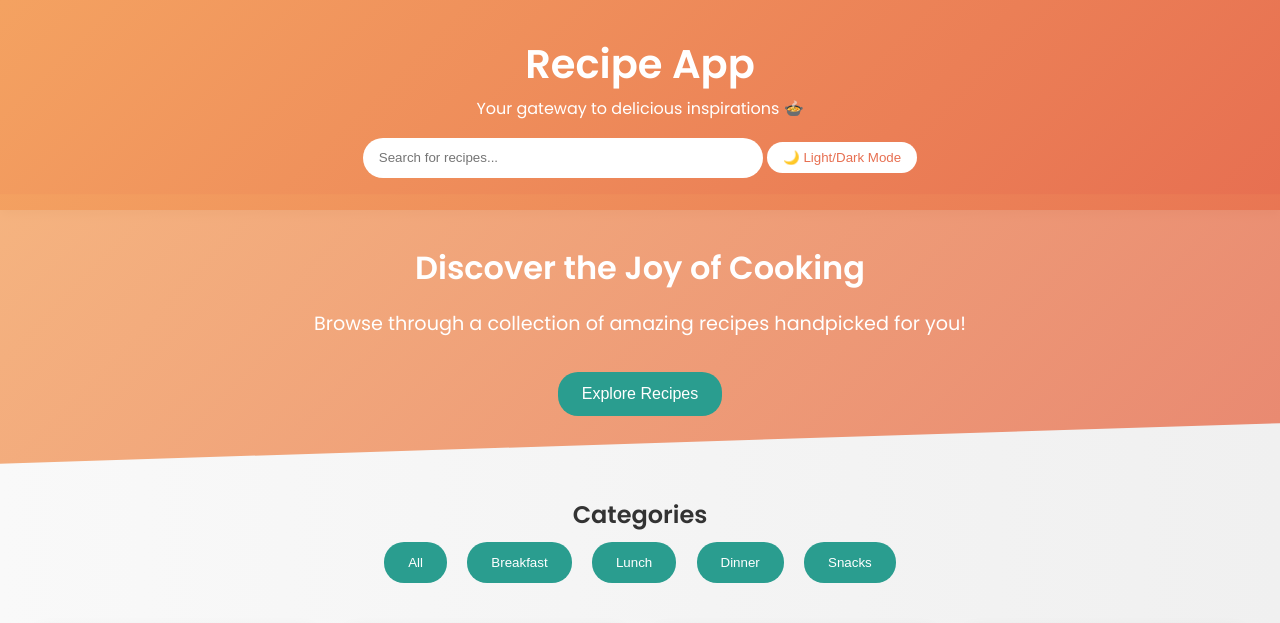
Repository: Patience225/recipe-app
Page: index.html
These files come from the project's save history. The page is drawn as it stood at one moment and after the next save; the edit follows.
The browser window is 1280 px wide. The pictures show the part of the page from y = 0 to 623 px (the page is 1758 px tall before and 1760 px after).
Pictures or frames that could not be fetched are drawn as grey boxes.

Above is the page before, as saved 2025-01-27 09:10:15.

### index.html
<!DOCTYPE html>
<html lang="en">
<head>
  <meta charset="UTF-8">
  <meta name="viewport" content="width=device-width, initial-scale=1.0">
  <title>Recipe App</title>
  <link href="https://fonts.googleapis.com/css2?family=Poppins:wght@400;600&display=swap" rel="stylesheet">
  <link rel="stylesheet" href="styles.css">
</head>
<body>
  <!-- Header -->
  <header>
    <h1>Recipe App</h1>
    <p>Your gateway to delicious inspirations 🍲</p>
    <input type="text" id="search" placeholder="Search for recipes...">
    <button id="theme-toggle">🌙 Light/Dark Mode</button>
  </header>

  <!-- Hero Section -->
  <section class="hero">
    <h2>Discover the Joy of Cooking</h2>
    <p>Browse through a collection of amazing recipes handpicked for you!</p>
    <button id="explore-btn">Explore Recipes</button>
  </section>

  <!-- Recipe Categories -->
  <section id="categories">
    <h2>Categories</h2>
    <div class="category-buttons">
      <button data-category="All">All</button>
      <button data-category="Breakfast">Breakfast</button>
      <button data-category="Lunch">Lunch</button>
      <button data-category="Dinner">Dinner</button>
      <button data-category="Snacks">Snacks</button>
    </div>
  </section>

  <!-- Recipe Grid -->
  <section id="recipe-list">
    <!-- Dynamic recipe cards will appear here -->
  </section>

<!-- Modal for Recipe Details -->
<div id="recipe-modal" class="modal">
  <div class="modal-content">
    <span class="close-btn">&times;</span>
    <h2 id="modal-title"> HELLO </h2>
    <img id="modal-image" src="" alt="">
    <p id="modal-description"></p>
  </div>
</div>

<!-- Recipe Submission Form -->
<div id="recipe-form-container">
  <h2>Submit a Recipe</h2>
  <form id="recipe-form">
    <label for="recipe-title">Title:</label>
    <input type="text" id="recipe-title" required>

    <label for="recipe-category">Category:</label>
    <select id="recipe-category">
      <option value="Breakfast">Breakfast</option>
      <option value="Lunch">Lunch</option>
      <option value="Dinner">Dinner</option>
      <option value="Snacks">Snacks</option>
    </select>

    <label for="recipe-image">Image URL:</label>
    <input type="url" id="recipe-image" required>

    <button type="submit">Submit Recipe</button>
  </form>
</div>

  <!-- Footer -->
  <footer>
    <p>&copy; 2025 Recipe App | Made with ❤️ for IT Defense</p>
  </footer>

  <script src="script.js"></script>

  <!-- Add this script to the end of your body tag -->
<script>
  if ("serviceWorker" in navigator) {
    window.addEventListener("load", () => {
      navigator.serviceWorker.register("/sw.js").then(
        (registration) => {
          console.log("Service Worker registered with scope:", registration.scope);
        },
        (error) => {
          console.log("Service Worker registration failed:", error);
        }
      );
    });
  }
</script>

</body>
</html>

### styles.css
/* General Reset */
* {
  margin: 0;
  padding: 0;
  box-sizing: border-box;
}

body {
  font-family: 'Poppins', sans-serif;
  background: linear-gradient(to right, #f9f9f9, #f0f0f0);
  color: #333;
  line-height: 1.6;
}

header {
  background: linear-gradient(135deg, #f4a261, #e76f51);
  text-align: center;
  color: white;
  padding: 2rem;
  box-shadow: 0 4px 10px rgba(0, 0, 0, 0.1);
}

header h1 {
  font-size: 2.5rem;
  font-weight: 600;
}

header input {
  margin-top: 1rem;
  padding: 0.8rem 1rem;
  border-radius: 20px;
  border: none;
  outline: none;
  width: 80%;
  max-width: 400px;
}

header #theme-toggle {
  margin-top: 1rem;
  padding: 0.5rem 1rem;
  border: none;
  background: white;
  color: #e76f51;
  border-radius: 20px;
  cursor: pointer;
}

.hero {
  background: linear-gradient(135deg, rgba(244, 162, 97, 0.8), rgba(231, 111, 81, 0.8));
  color: white;
  text-align: center;
  padding: 3rem 2rem;
  margin-top: -1rem;
  clip-path: polygon(0 0, 100% 0, 100% 85%, 0 100%);
}

.hero h2 {
  font-size: 2rem;
  margin-bottom: 1rem;
}

.hero p {
  font-size: 1.2rem;
  margin-bottom: 2rem;
}

.hero button {
  padding: 0.8rem 1.5rem;
  background-color: #2a9d8f;
  color: white;
  border: none;
  border-radius: 20px;
  font-size: 1rem;
  cursor: pointer;
}

#categories {
  margin: 2rem auto;
  text-align: center;
}

.category-buttons button {
  margin: 0.5rem;
  padding: 0.8rem 1.5rem;
  background-color: #2a9d8f;
  color: white;
  border: none;
  border-radius: 20px;
  cursor: pointer;
}

.category-buttons button:hover {
  background-color: #21867a;
}

#recipe-list {
  display: grid;
  grid-template-columns: repeat(auto-fill, minmax(250px, 1fr));
  gap: 1.5rem;
  margin: 2rem;
}

.recipe-card {
  background: rgba(255, 255, 255, 0.7);
  backdrop-filter: blur(10px);
  border-radius: 15px;
  box-shadow: 0 8px 15px rgba(0, 0, 0, 0.1);
  transition: transform 0.3s;
  overflow: hidden;
}

.recipe-card img {
  width: 100%;
  height: 150px;
  object-fit: cover;
}

.recipe-card h3 {
  padding: 1rem;
  font-size: 1.2rem;
}

.recipe-card:hover {
  transform: scale(1.05);
}

footer {
  text-align: center;
  padding: 1.5rem;
  background: #2a9d8f;
  color: white;
  margin-top: 2rem;
}

/* Recipe Card Flip Effect */
.recipe-card {
  position: relative;
  background: rgba(255, 255, 255, 0.7);
  backdrop-filter: blur(10px);
  border-radius: 15px;
  box-shadow: 0 8px 15px rgba(0, 0, 0, 0.1);
  overflow: hidden;
  transition: transform 0.5s;
  transform-style: preserve-3d;
  height: 300px;
}

.recipe-card img {
  width: 100%;
  height: 100%;
  object-fit: cover;
  transition: opacity 0.3s;
}

.recipe-card h3 {
  padding: 1rem;
  font-size: 1.2rem;
  position: absolute;
  bottom: 10px;
  left: 10px;
  z-index: 2;
  color: #fff;
}

/* Flip the card */
.recipe-card:hover {
  transform: rotateY(180deg);
}

/* Back side of the card */
.recipe-card .card-back {
  position: absolute;
  top: 0;
  left: 0;
  right: 0;
  bottom: 0;
  background-color: rgba(0, 0, 0, 0.7);
  color: white;
  display: flex;
  justify-content: center;
  align-items: center;
  transform: rotateY(180deg);
  font-size: 1.1rem;
  padding: 1rem;
}

/* Dark Theme Styles */
body.dark-theme {
  background: #121212;
  color: white;
}

body.dark-theme header {
  background: linear-gradient(135deg, #222, #444);
}

body.dark-theme .hero {
  background: linear-gradient(135deg, rgba(34, 34, 34, 0.8), rgba(51, 51, 51, 0.8));
}

body.dark-theme .recipe-card {
  background: rgba(0, 0, 0, 0.7);
}

body.dark-theme footer {
  background: #333;
}

/* Modal Styles */
.modal {
  display: none; /* Hidden by default */
  position: fixed;
  z-index: 1;
  left: 0;
  top: 0;
  width: 100%;
  height: 100%;
  overflow: auto;
  background-color: rgba(0, 0, 0, 0.7);
}

.modal-content {
  background-color: #fefefe;
  margin: 15% auto;
  padding: 20px;
  border: 1px solid #888;
  width: 80%;
  max-width: 600px;
  text-align: center;
}

.modal-content img {
  max-width: 100%;
  height: auto;
  margin-bottom: 20px;
}

.close-btn {
  color: #aaa;
  font-size: 28px;
  font-weight: bold;
  position: absolute;
  top: 10px;
  right: 25px;
  cursor: pointer;
}

.close-btn:hover,
.close-btn:focus {
  color: black;
  text-decoration: none;
  cursor: pointer;
}

/* Recipe Submission Form Styles */
#recipe-form-container {
  margin: 20px 0;
  padding: 20px;
  background-color: #f9f9f9;
  border-radius: 10px;
  box-shadow: 0 4px 8px rgba(0, 0, 0, 0.1);
}

#recipe-form {
  display: flex;
  flex-direction: column;
  gap: 10px;
}

#recipe-form input,
#recipe-form select,
#recipe-form button {
  padding: 10px;
  font-size: 1rem;
  border: 1px solid #ddd;
  border-radius: 5px;
}

#recipe-form button {
  background-color: #4CAF50;
  color: white;
  cursor: pointer;
  border: none;
}

#recipe-form button:hover {
  background-color: #45a049;
}

### script.js
// Sample recipe data
const recipes = [
  {
    id: 1,
    title: "Spaghetti Carbonara",
    category: "Lunch",
    image: "https://source.unsplash.com/400x300/?spaghetti",
  },
  {
    id: 2,
    title: "Pancakes",
    category: "Breakfast",
    image: "https://source.unsplash.com/400x300/?pancakes",
  },
  {
    id: 3,
    title: "Grilled Chicken",
    category: "Dinner",
    image: "https://source.unsplash.com/400x300/?chicken",
  },
  {
    id: 4,
    title: "Fruit Salad",
    category: "Snacks",
    image: "https://source.unsplash.com/400x300/?fruit",
  },
  {
    id: 5,
    title: "Avocado Toast",
    category: "Breakfast",
    image: "https://source.unsplash.com/400x300/?avocado",
  },
];

// DOM Elements
const recipeList = document.getElementById("recipe-list");
const searchInput = document.getElementById("search");
const categoryButtons = document.querySelectorAll(".category-buttons button");

// Function to display recipes
function displayRecipes(recipesToDisplay) {
  recipeList.innerHTML = ""; // Clear the list
  recipesToDisplay.forEach((recipe) => {
    const recipeCard = `
      <div class="recipe-card">
        <img src="${recipe.image}" alt="${recipe.title}">
        <h3>${recipe.title}</h3>
      </div>
    `;
    recipeList.innerHTML += recipeCard;
  });

    recipeList.innerHTML = ""; // Clear the list
    recipesToDisplay.forEach((recipe) => {
      const recipeCard = `
        <div class="recipe-card">
          <img src="${recipe.image}" alt="${recipe.title}">
          <div class="card-back">
            <p>Click for details!</p>
          </div>
          <h3>${recipe.title}</h3>
        </div>
      `;
      recipeList.innerHTML += recipeCard;
    });

      recipeList.innerHTML = ""; // Clear the list
      recipesToDisplay.forEach((recipe) => {
        const recipeCard = `
          <div class="recipe-card" data-id="${recipe.id}">
            <img src="${recipe.image}" alt="${recipe.title}">
            <div class="card-back">
              <p>Click for details!</p>
            </div>
            <h3>${recipe.title}</h3>
          </div>
        `;
        recipeList.innerHTML += recipeCard;
      });

      // Update displayRecipes to add lazy loading to images

           recipeList.innerHTML = ""; // Clear the list
            recipesToDisplay.forEach((recipe) => {
    const recipeCard = `
      <div class="recipe-card" data-id="${recipe.id}">
        <img src="${recipe.image}" alt="${recipe.title}" loading="lazy">
        <div class="card-back">
          <p>Click for details!</p>
        </div>
        <h3>${recipe.title}</h3>
      </div>
    `;
    recipeList.innerHTML += recipeCard;
  });
}

// Initial display of all recipes
displayRecipes(recipes);

// Filter by category
categoryButtons.forEach((button) => {
  button.addEventListener("click", () => {
    const category = button.getAttribute("data-category");
    if (category === "All") {
      displayRecipes(recipes); // Show all recipes
    } else {
      const filteredRecipes = recipes.filter(
        (recipe) => recipe.category === category
      );
      displayRecipes(filteredRecipes);
    }
  });
});

// Search recipes
searchInput.addEventListener("input", (e) => {
  const query = e.target.value.toLowerCase();
  const filteredRecipes = recipes.filter((recipe) =>
    recipe.title.toLowerCase().includes(query)
  );
  displayRecipes(filteredRecipes);
});

// Toggle Light/Dark Mode
const themeToggleBtn = document.getElementById("theme-toggle");

themeToggleBtn.addEventListener("click", () => {
  document.body.classList.toggle("dark-theme");
  // Change button icon based on the theme
  if (document.body.classList.contains("dark-theme")) {
    themeToggleBtn.textContent = "🌞 Light Mode";
  } else {
    themeToggleBtn.textContent = "🌙 Dark Mode";
  }
});

// Open modal with recipe details
const modal = document.getElementById("recipe-modal");
const closeBtn = document.querySelector(".close-btn");

function openModal(recipe) {
  const modalTitle = document.getElementById("modal-title");
  const modalImage = document.getElementById("modal-image");
  const modalDescription = document.getElementById("modal-description");

  modalTitle.textContent = recipe.title;
  modalImage.src = recipe.image;
  modalDescription.textContent = `A delicious recipe for ${recipe.title}. Category: ${recipe.category}`;

  modal.style.display = "block";
}

// Close the modal
closeBtn.addEventListener("click", () => {
  modal.style.display = "none";
});

// Close the modal if clicked outside the content area
window.addEventListener("click", (e) => {
  if (e.target === modal) {
    modal.style.display = "none";
  }
});

// Add click event to recipe cards
document.addEventListener("click", (e) => {
  if (e.target.closest(".recipe-card")) {
    const recipeId = e.target.closest(".recipe-card").dataset.id;
    const recipe = recipes.find((r) => r.id == recipeId);
    openModal(recipe);
  }
});

// Handle Recipe Submission
const recipeForm = document.getElementById("recipe-form");

recipeForm.addEventListener("submit", (e) => {
  e.preventDefault(); // Prevent form from submitting the default way

  const title = document.getElementById("recipe-title").value;
  const category = document.getElementById("recipe-category").value;
  const image = document.getElementById("recipe-image").value;

  // Create a new recipe object
  const newRecipe = {
    id: recipes.length + 1,
    title: title,
    category: category,
    image: image,
  };

  // Add new recipe to the array and display it
  recipes.push(newRecipe);
  displayRecipes(recipes);

  // Clear the form after submission
  recipeForm.reset();
});

After the next save:
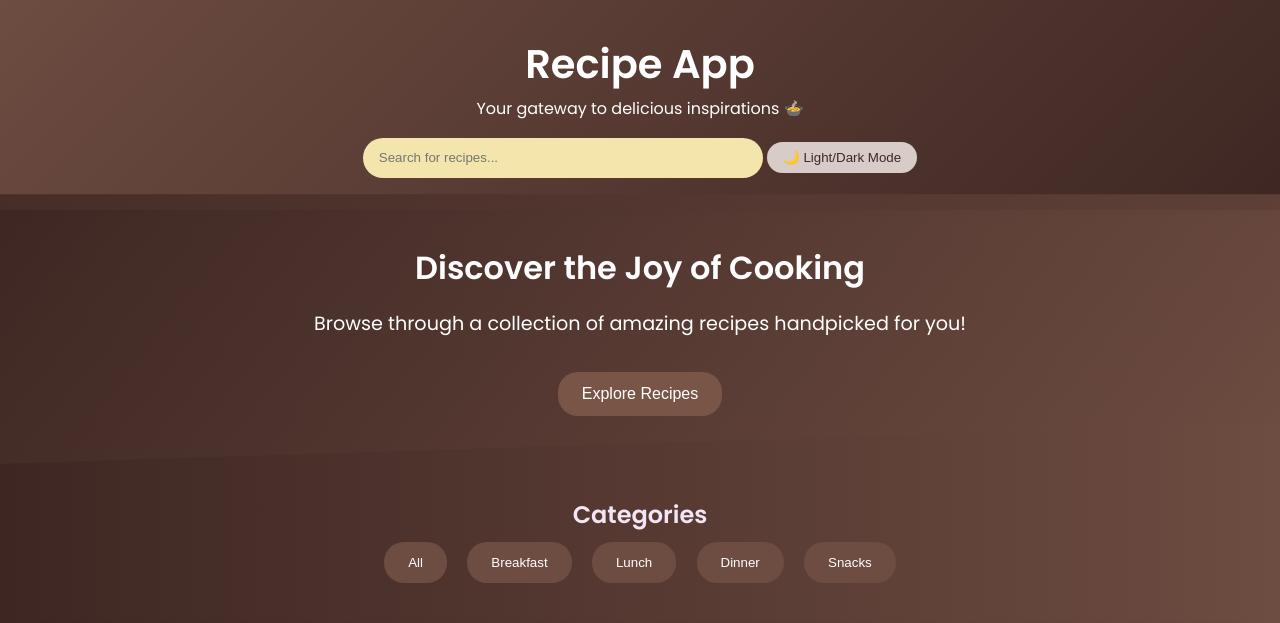
Saved 7 min 0 s later.
--- a/styles.css
+++ b/styles.css
@@ -7,15 +7,15 @@
 
 body {
   font-family: 'Poppins', sans-serif;
-  background: linear-gradient(to right, #f9f9f9, #f0f0f0);
-  color: #333;
+  background: linear-gradient(to right, #3e2723, #6d4c41); /* Coffee gradient */
+  color: #f3e5f5;
   line-height: 1.6;
 }
 
 header {
-  background: linear-gradient(135deg, #f4a261, #e76f51);
+  background: linear-gradient(135deg, #6d4c41, #3e2723); /* Coffee gradient */
   text-align: center;
-  color: white;
+  color: #fff;
   padding: 2rem;
   box-shadow: 0 4px 10px rgba(0, 0, 0, 0.1);
 }
@@ -33,20 +33,22 @@ header input {
   outline: none;
   width: 80%;
   max-width: 400px;
+  background: #f3e5ab;
+  color: #3e2723;
 }
 
 header #theme-toggle {
   margin-top: 1rem;
   padding: 0.5rem 1rem;
   border: none;
-  background: white;
-  color: #e76f51;
+  background: #d7ccc8;
+  color: #3e2723;
   border-radius: 20px;
   cursor: pointer;
 }
 
 .hero {
-  background: linear-gradient(135deg, rgba(244, 162, 97, 0.8), rgba(231, 111, 81, 0.8));
+  background: linear-gradient(135deg, rgba(62, 39, 35, 0.8), rgba(109, 76, 65, 0.8)); /* Coffee gradient */
   color: white;
   text-align: center;
   padding: 3rem 2rem;
@@ -66,7 +68,7 @@ header #theme-toggle {
 
 .hero button {
   padding: 0.8rem 1.5rem;
-  background-color: #2a9d8f;
+  background-color: #795548;
   color: white;
   border: none;
   border-radius: 20px;
@@ -82,7 +84,7 @@ header #theme-toggle {
 .category-buttons button {
   margin: 0.5rem;
   padding: 0.8rem 1.5rem;
-  background-color: #2a9d8f;
+  background-color: #6d4c41;
   color: white;
   border: none;
   border-radius: 20px;
@@ -90,7 +92,7 @@ header #theme-toggle {
 }
 
 .category-buttons button:hover {
-  background-color: #21867a;
+  background-color: #5d4037;
 }
 
 #recipe-list {
@@ -101,7 +103,7 @@ header #theme-toggle {
 }
 
 .recipe-card {
-  background: rgba(255, 255, 255, 0.7);
+  background: rgba(121, 85, 72, 0.8); /* Coffee tone */
   backdrop-filter: blur(10px);
   border-radius: 15px;
   box-shadow: 0 8px 15px rgba(0, 0, 0, 0.1);
@@ -118,6 +120,7 @@ header #theme-toggle {
 .recipe-card h3 {
   padding: 1rem;
   font-size: 1.2rem;
+  color: white;
 }
 
 .recipe-card:hover {
@@ -127,136 +130,38 @@ header #theme-toggle {
 footer {
   text-align: center;
   padding: 1.5rem;
-  background: #2a9d8f;
+  background: #5d4037; /* Coffee tone */
   color: white;
   margin-top: 2rem;
 }
 
-/* Recipe Card Flip Effect */
-.recipe-card {
-  position: relative;
-  background: rgba(255, 255, 255, 0.7);
-  backdrop-filter: blur(10px);
-  border-radius: 15px;
-  box-shadow: 0 8px 15px rgba(0, 0, 0, 0.1);
-  overflow: hidden;
-  transition: transform 0.5s;
-  transform-style: preserve-3d;
-  height: 300px;
-}
-
-.recipe-card img {
-  width: 100%;
-  height: 100%;
-  object-fit: cover;
-  transition: opacity 0.3s;
-}
-
-.recipe-card h3 {
-  padding: 1rem;
-  font-size: 1.2rem;
-  position: absolute;
-  bottom: 10px;
-  left: 10px;
-  z-index: 2;
-  color: #fff;
-}
-
-/* Flip the card */
-.recipe-card:hover {
-  transform: rotateY(180deg);
-}
-
-/* Back side of the card */
-.recipe-card .card-back {
-  position: absolute;
-  top: 0;
-  left: 0;
-  right: 0;
-  bottom: 0;
-  background-color: rgba(0, 0, 0, 0.7);
-  color: white;
-  display: flex;
-  justify-content: center;
-  align-items: center;
-  transform: rotateY(180deg);
-  font-size: 1.1rem;
-  padding: 1rem;
-}
-
 /* Dark Theme Styles */
 body.dark-theme {
-  background: #121212;
+  background: #212121;
   color: white;
 }
 
 body.dark-theme header {
-  background: linear-gradient(135deg, #222, #444);
+  background: linear-gradient(135deg, #3e2723, #6d4c41); /* Coffee gradient */
 }
 
 body.dark-theme .hero {
-  background: linear-gradient(135deg, rgba(34, 34, 34, 0.8), rgba(51, 51, 51, 0.8));
+  background: linear-gradient(135deg, rgba(33, 33, 33, 0.8), rgba(62, 39, 35, 0.8));
 }
 
 body.dark-theme .recipe-card {
-  background: rgba(0, 0, 0, 0.7);
+  background: rgba(62, 39, 35, 0.7);
 }
 
 body.dark-theme footer {
-  background: #333;
-}
-
-/* Modal Styles */
-.modal {
-  display: none; /* Hidden by default */
-  position: fixed;
-  z-index: 1;
-  left: 0;
-  top: 0;
-  width: 100%;
-  height: 100%;
-  overflow: auto;
-  background-color: rgba(0, 0, 0, 0.7);
-}
-
-.modal-content {
-  background-color: #fefefe;
-  margin: 15% auto;
-  padding: 20px;
-  border: 1px solid #888;
-  width: 80%;
-  max-width: 600px;
-  text-align: center;
-}
-
-.modal-content img {
-  max-width: 100%;
-  height: auto;
-  margin-bottom: 20px;
-}
-
-.close-btn {
-  color: #aaa;
-  font-size: 28px;
-  font-weight: bold;
-  position: absolute;
-  top: 10px;
-  right: 25px;
-  cursor: pointer;
-}
-
-.close-btn:hover,
-.close-btn:focus {
-  color: black;
-  text-decoration: none;
-  cursor: pointer;
+  background: #3e2723;
 }
 
 /* Recipe Submission Form Styles */
 #recipe-form-container {
   margin: 20px 0;
   padding: 20px;
-  background-color: #f9f9f9;
+  background-color: #f3e5ab;
   border-radius: 10px;
   box-shadow: 0 4px 8px rgba(0, 0, 0, 0.1);
 }
@@ -277,12 +182,12 @@ body.dark-theme footer {
 }
 
 #recipe-form button {
-  background-color: #4CAF50;
+  background-color: #6d4c41;
   color: white;
   cursor: pointer;
   border: none;
 }
 
 #recipe-form button:hover {
-  background-color: #45a049;
+  background-color: #5d4037;
 }
